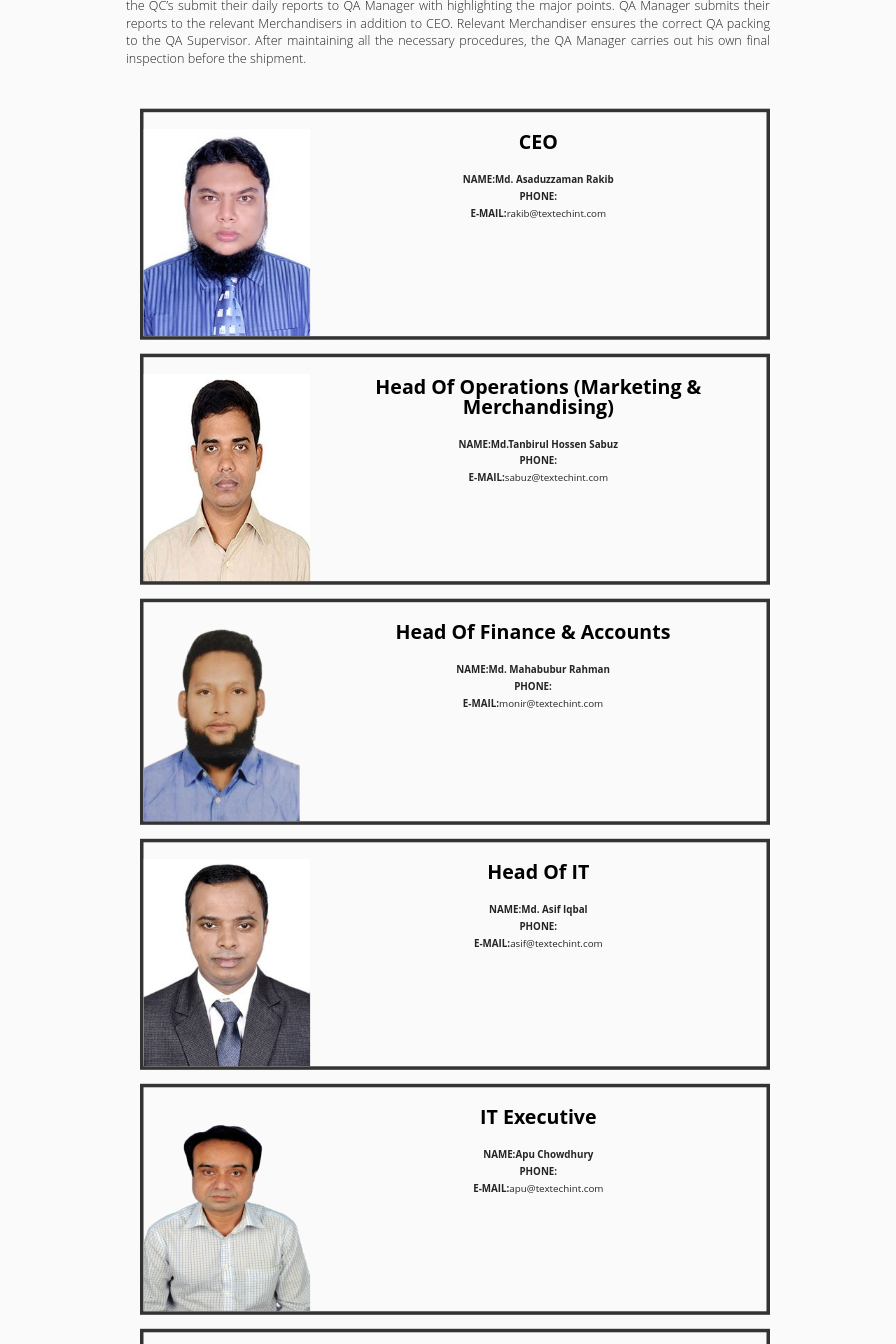
Repository: asifdotpy/textechint
Page: home.html
The author's editor kept a copy of each file at every save. The page is drawn from the files as they stood at one save, then again after a run of saves.
The browser window is 1280 px wide. The pictures show the part of the page from y = 815 to 2735 px (the page is 4251 px tall), at 70% of full size.

Above is the page before, as saved 2021-03-01 15:30:03.

After the next 8 saves:
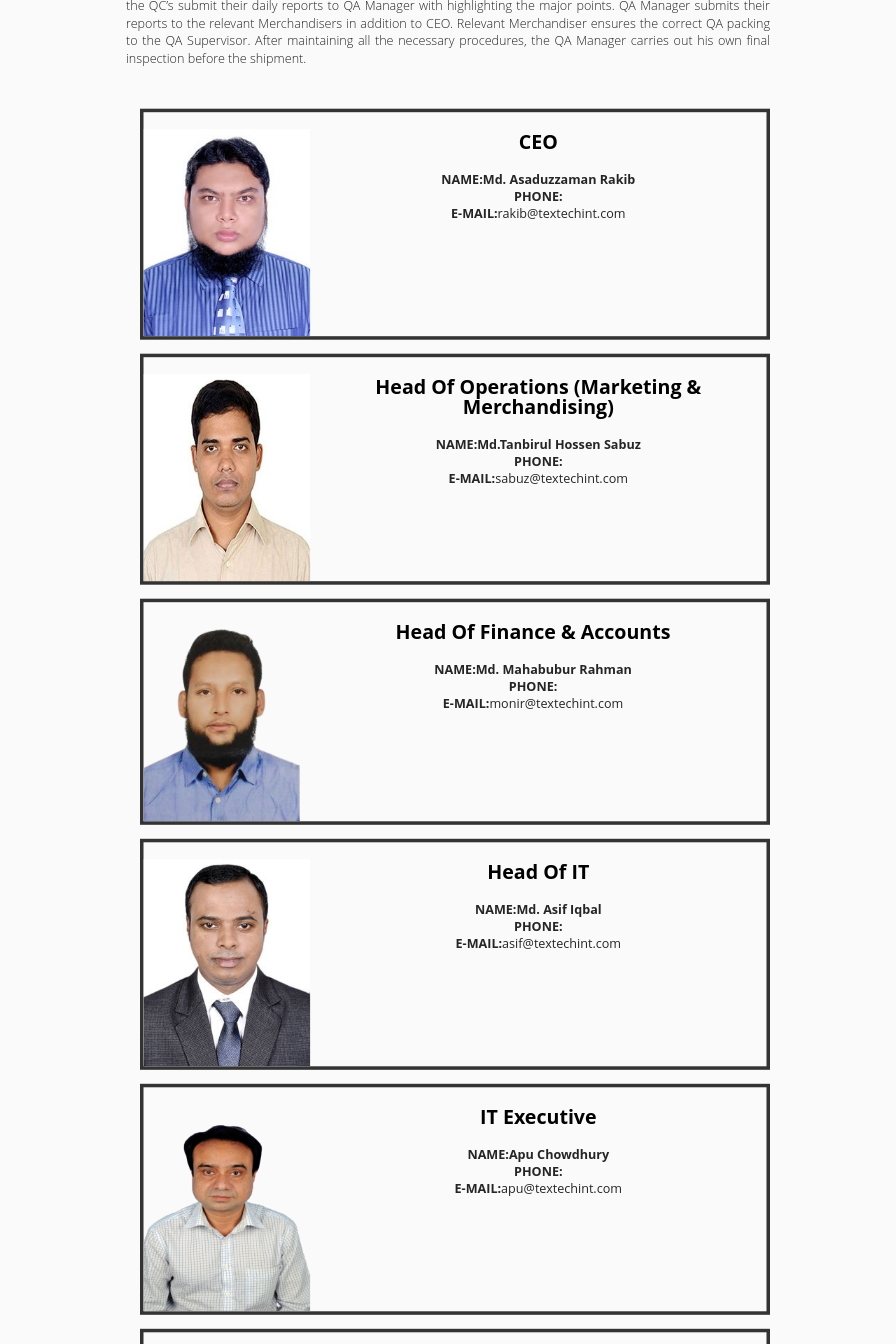
The 8 saves are shown as one change because they came seconds apart.
The last was saved 26 s later.
--- a/css/style.css
+++ b/css/style.css
@@ -424,7 +424,10 @@ div .main {
     border: 5px solid #333;
     overflow: auto
 }
-
+.post-container p {
+	font-size: 18px;
+	fon
+}
 .post-thumb {
     float: left;
 }
